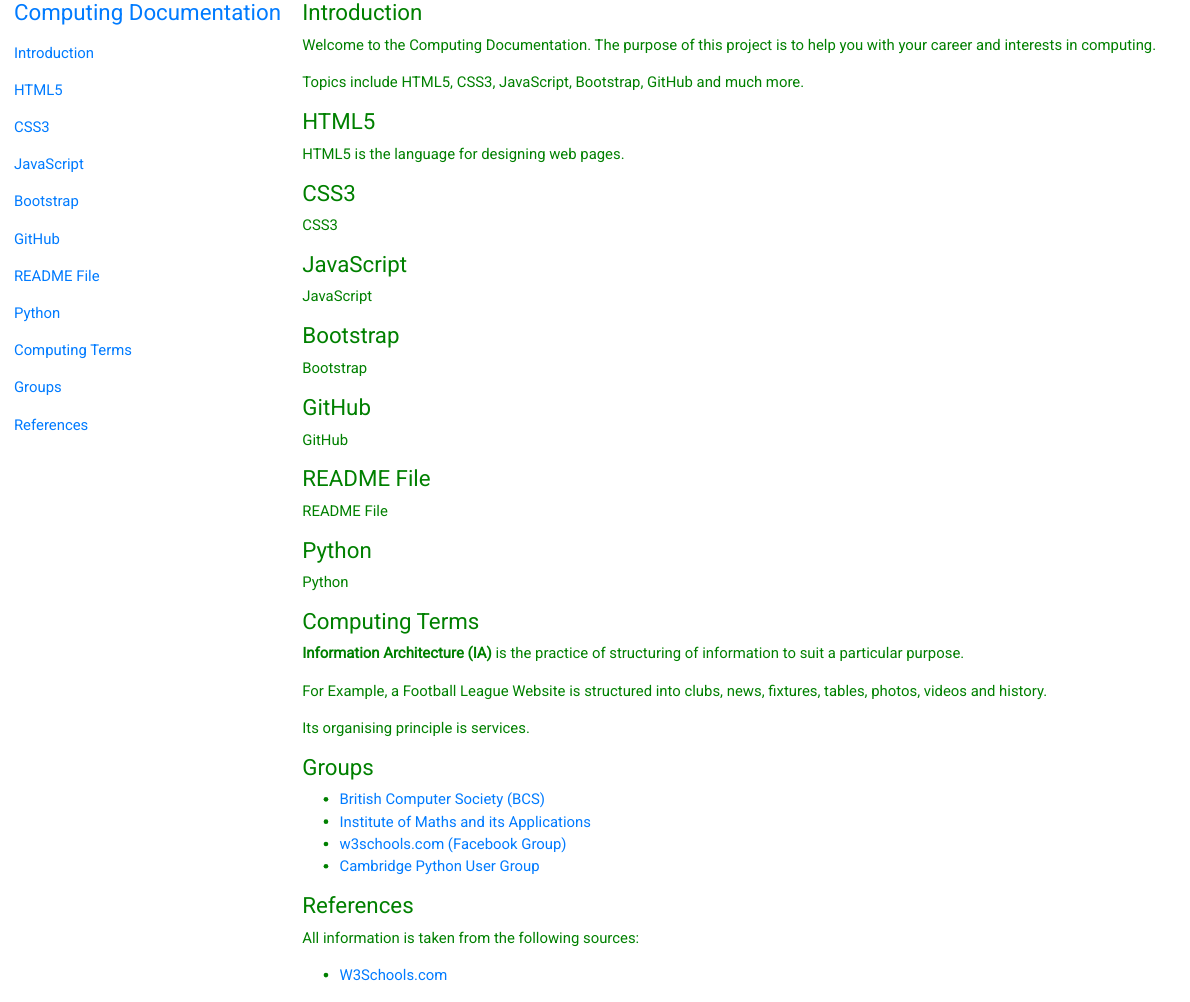
Repository: derektypist/technical-documentation-page
Page: index.html
The author's editor kept a record of every edit. The page is drawn from the files as they stood at one moment, then again after the next edit.
The browser window is 1280 px wide. The pictures show the whole page, at 93% of full size.

Above is the page before.

### index.html
<!DOCTYPE html>
<html lang="en">

<head>
  <meta charset="UTF-8">
  <meta name="viewport" content="width=device-width, initial-scale=1.0">
  <meta http-equiv="X-UA-Compatible" content="ie=edge">
  <title>Technical Documentation Page</title>
  <!-- Load Style Sheets -->
  <link rel="stylesheet" href="https://maxcdn.bootstrapcdn.com/bootstrap/4.4.1/css/bootstrap.min.css" integrity="sha384-Vkoo8x4CGsO3+Hhxv8T/Q5PaXtkKtu6ug5TOeNV6gBiFeWPGFN9MuhOf23Q9Ifjh" crossorigin="anonymous">
  <link href="https://fonts.googleapis.com/css?family=Roboto|Roboto+Mono&display=swap" rel="stylesheet">
  <style>
    /* Navigation */

    #navbar {
      font-family: "Roboto", Arial, Verdana, sans-serif;
      margin-left: 15px;
      width: 25vmax;
      position: fixed;
    }

    /* Main Content */

    #main-doc {
      font-family: "Roboto", Arial, Verdana, sans-serif;
      padding-left: 325px;
    }

    /* Main Section */

    .main-section {
      color: green;
    }
  </style>
</head>

<body>
  <!-- Set Up Navigation -->
  <nav class="navbar-nav" id="navbar">
    <header>
      <h4><a href="index.html" title="Return to Home Page">Computing Documentation</a></h4>
    </header>


    <!-- Set Up List Items Vertically -->
    <ul class="navbar-nav">
      <li class="nav-item">
        <a class="nav-link" href="#Introduction">Introduction</a>
      </li>
      <li class="nav-item">
        <a class="nav-link" href="#HTML5">HTML5</a>
      </li>
      <li class="nav-item">
        <a class="nav-link" href="#CSS3">CSS3</a>
      </li>
      <li class="nav-item">
        <a class="nav-link" href="#JavaScript">JavaScript</a>
      </li>
      <li class="nav-item">
        <a class="nav-link" href="#Bootstrap">Bootstrap</a>
      </li>
      <li class="nav-item">
        <a class="nav-link" href="#GitHub">GitHub</a>
      </li>
      <li class="nav-item">
        <a class="nav-link" href="#README_File">README File</a>
      </li>
      <li class="nav-item">
        <a class="nav-link" href="#Python">Python</a>
      </li>
      <li>
        <a class="nav-link" href="#Computing_Terms">Computing Terms</a>
      </li>
      <li>
        <a class="nav-link" href="#Groups">Groups</a>
      </li>
      <li>
        <a class="nav-link" href="#References">References</a>
      </li>
  </nav>

  <!-- Set Up Main Content -->
  <main id="main-doc">

    <!-- Provide Section for Introduction -->
    <section class="main-section" id="Introduction">
      <header>
        <h4>Introduction</h4>
      </header>
      <article>
        <p>Welcome to the Computing Documentation. The purpose of this project is to help you with your career and interests in computing.</p>
        <p>Topics include HTML5, CSS3, JavaScript, Bootstrap, GitHub and much more.</p>
      </article>
    </section>

    <!-- Provide Section for HTML5 -->
    <section class="main-section" id="HTML5">
      <header>
        <h4>HTML5</h4>
      </header>
      <article>
        <p>HTML5 is the language for designing web pages.</p>
      </article>
    </section>

    <!-- Provide Section for CSS3 -->
    <section class="main-section" id="CSS3">
      <header>
        <h4>CSS3</h4>
      </header>
      <article>
        <p>CSS3</p>
      </article>
    </section>

    <!-- Provide Section for JavaScript -->
    <section class="main-section" id="JavaScript">
      <header>
        <h4>JavaScript</h4>
      </header>
      <article>
        <p>JavaScript</p>
      </article>
    </section>

    <!-- Provide Section for Bootstrap -->
    <section class="main-section" id="Bootstrap">
      <header>
        <h4>Bootstrap</h4>
      </header>
      <article>
        <p>Bootstrap</p>
      </article>
    </section>


    <!-- Provide Section for GitHub -->
    <section class="main-section" id="GitHub">
      <header>
        <h4>GitHub</h4>
      </header>
      <article>
        <p>GitHub</p>
      </article>
    </section>

    <!-- Provide Section for README File -->
    <section class="main-section" id="README_File">
      <header>
        <h4>README File</h4>
      </header>
      <article>
        <p>README File</p>
      </article>
    </section>

    <!-- Provide Section for Python -->
    <section class="main-section" id="Python">
      <header>
        <h4>Python</h4>
      </header>
      <article>
        <p>Python</p>
      </article>
    </section>

    <!-- Provide Section for Computing Terms -->
    <section class="main-section" id="Computing_Terms">
      <header>
        <h4>Computing Terms</h4>
      </header>
      <article>
        <p><b>Information Architecture (IA)</b> is the practice of structuring of information to suit a particular purpose.</p>
        <p>For Example, a Football League Website is structured into clubs, news, fixtures, tables, photos, videos and history.</p>
        <p>Its organising principle is services.</p>
      </article>
    </section>

    <!-- Provide Section for Groups -->
    <section class="main-section" id="Groups">
      <header>
        <h4>Groups</h4>
      </header>
      <article>
        <ul>
          <li><a href="https://www.bcs.org" target="_blank" title="British Computer Society">British Computer Society (BCS)</a></li>
          <li><a href="https://www.ima.org.uk" target="_blank" title="Institute of Maths and its Applications">Institute of Maths and its Applications</a></li>
          <li><a href="https://www.facebook.com/groups/w3schoolscom" target="_blank" title="w3schools.com Facebook Group">w3schools.com (Facebook Group)</a></li>
          <li><a href="https://www.meetup.com/CamPUG" target="_blank" title="Cambridge Python User Group">Cambridge Python User Group</a></li>
        </ul>
      </article>
    </section>
    <!-- Provide Section for References -->
    <section class="main-section" id="References">
      <header>
        <h4>References</h4>
      </header>
      <article>
        <p>All information is taken from the following sources:</p>
        <ul>
          <li><a href="https://www.w3schools.com" target="_blank" title="W3Schools.com">W3Schools.com</a></li>
        </ul>
      </article>
    </section>
  </main>
</body>

</html>

After the next edit:
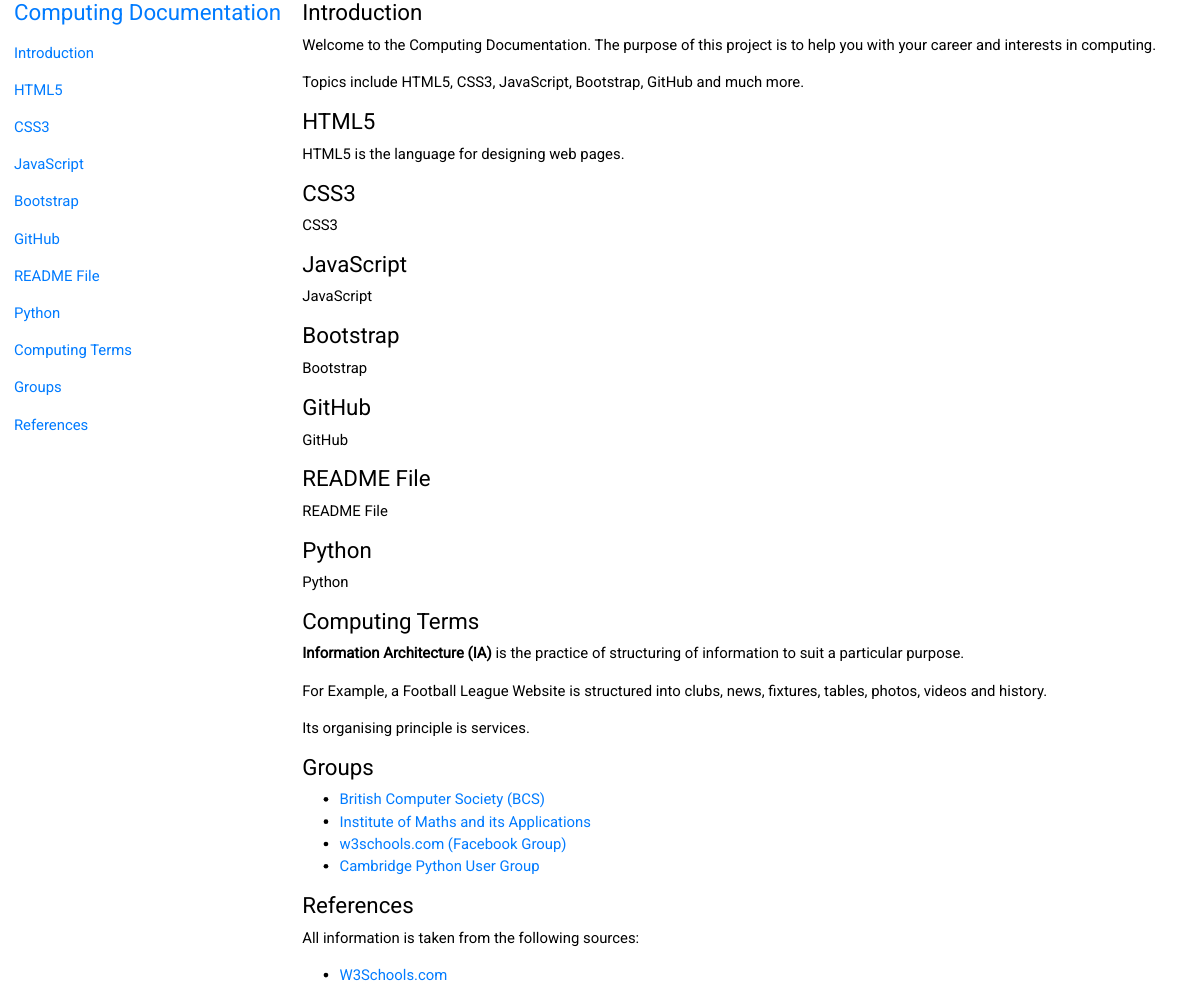
The edit:
--- a/index.html
+++ b/index.html
@@ -29,7 +29,7 @@
     /* Main Section */
 
     .main-section {
-      color: green;
+      color: black;
     }
   </style>
 </head>
